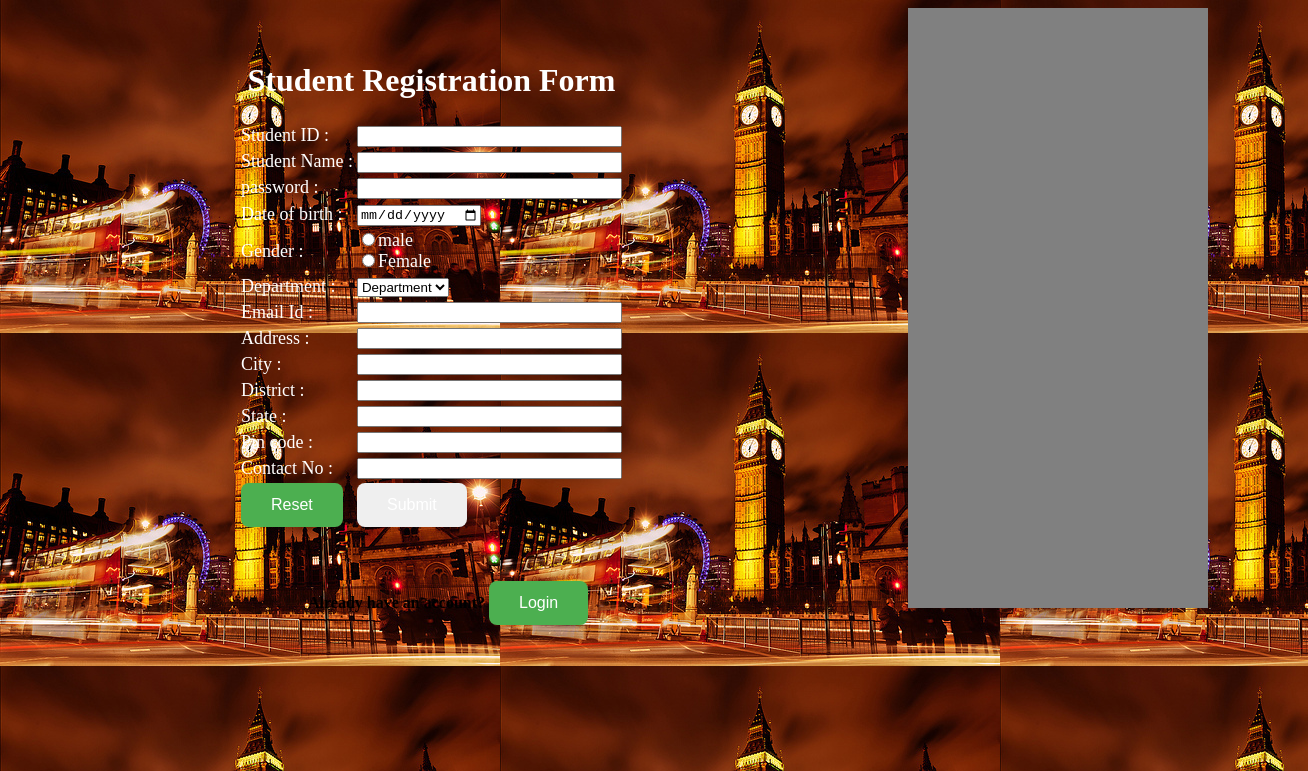
Repository: srikanthModugu/jdbc-servlet-jsp
Page: SutudentRegistration/WebContent/Registration.html
An editor plug-in stored every save of this project. The page is shown before and after the next save, followed by the edit.
The browser window is 1280 px wide. The page is 1308 px wide, so the pictures cover 1308 px, including what lies to the right of the window. The pictures show the whole page.

Above is the page before, as saved 2017-10-02 14:43:05.
Console error: SyntaxError: Unexpected end of input

After the next save:
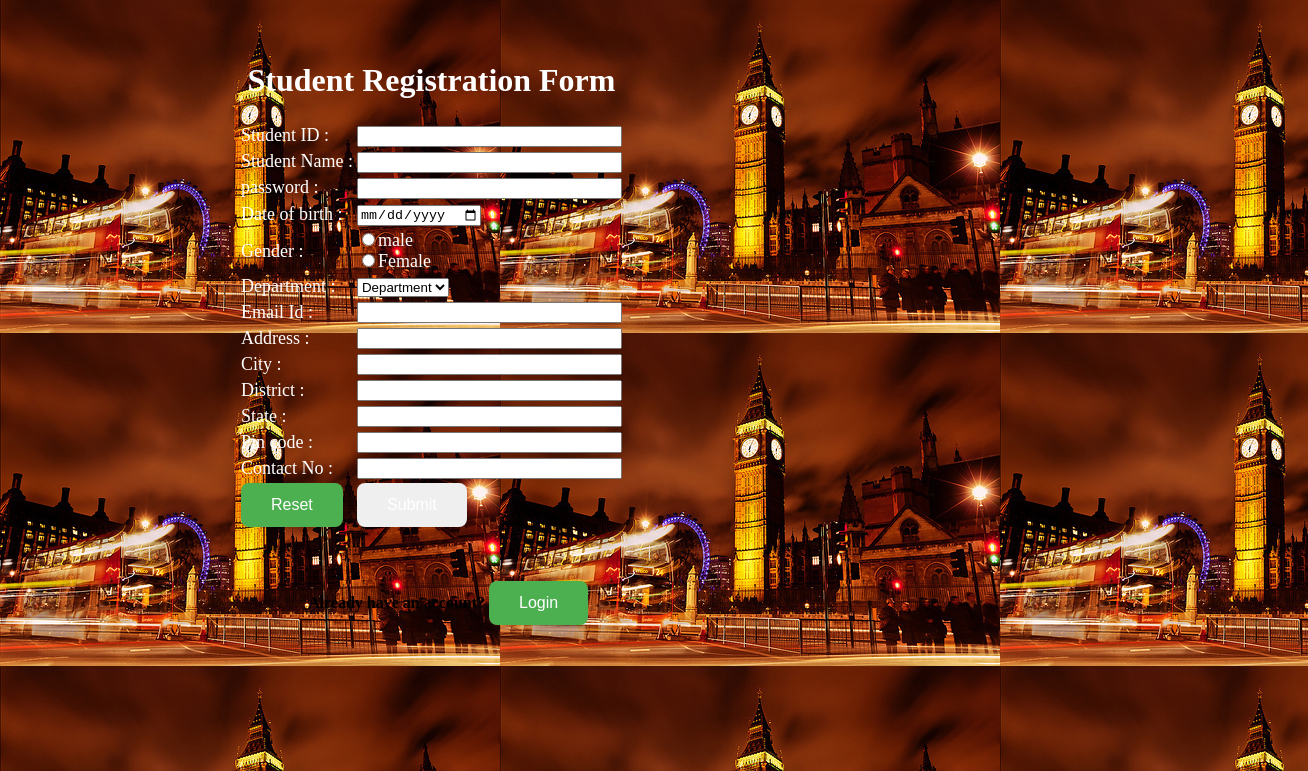
Saved 31 s later.
--- a/SutudentRegistration/WebContent/Registration.html
+++ b/SutudentRegistration/WebContent/Registration.html
@@ -171,9 +171,7 @@ function validateform(){
 
 
 			</div>
-			<div
-				style="height: 600px; width: 300px; background-color: gray; color: white; float: left;"></div>
-		</div>
+
 	</div>
 
 </html>
